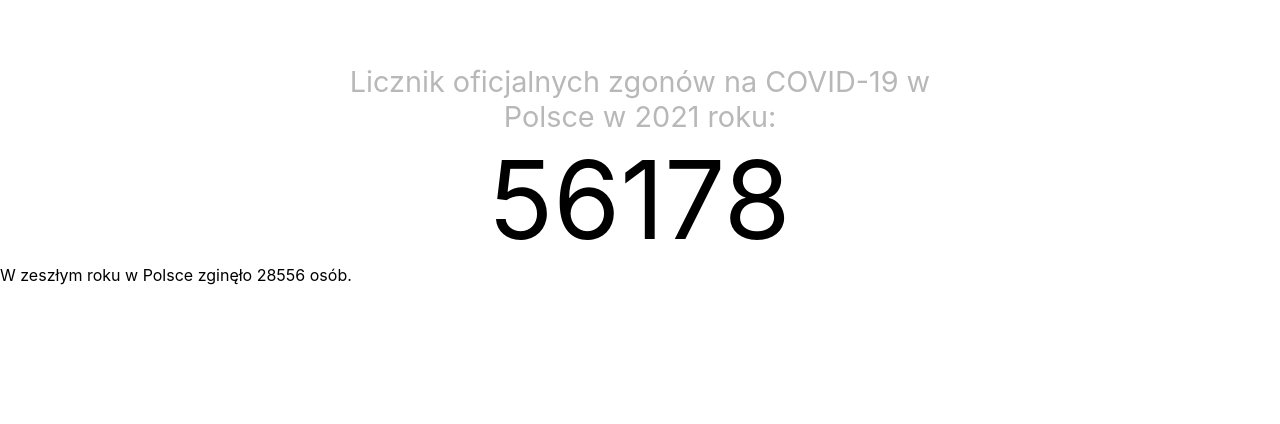
Repository: michalgornicki/poland-covid
Page: /
The author's editor kept a copy of each file at every save. The page is drawn from the files as they stood at one save, then again after the next save.
The browser window is 1280 px wide. The pictures show the whole page.
The project was rebuilt for these pictures with package versions that can differ from the ones it lists, and the page was loaded fresh each time.

Above is the page before, as saved 2021-12-04 19:13:15.

After the next save:
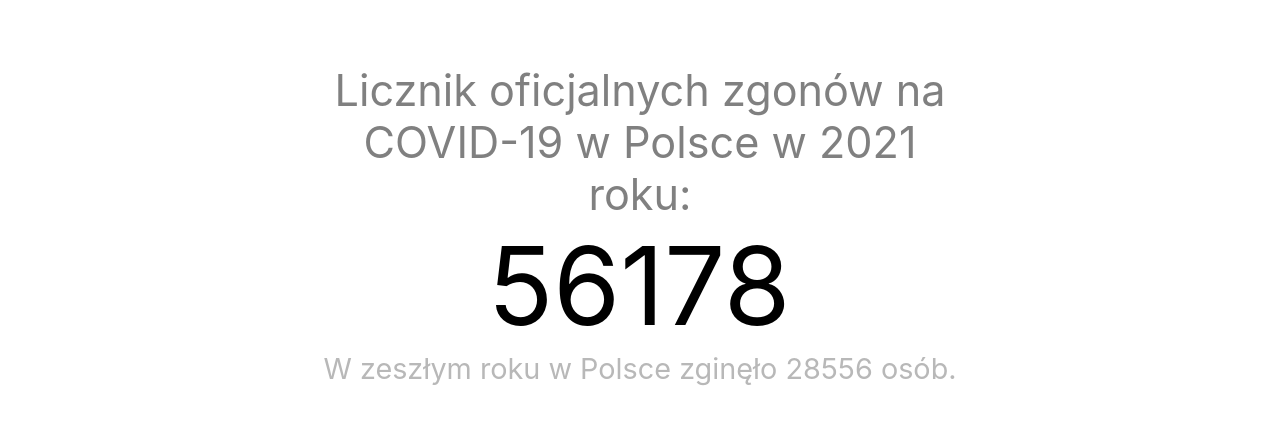
Saved 9 s later.
--- a/src/App.css
+++ b/src/App.css
@@ -11,7 +11,7 @@
     color: gray;
 }
 
-.header{
+.header-2{
     font-size: 4vmin;
     display: block;
     margin: auto;
